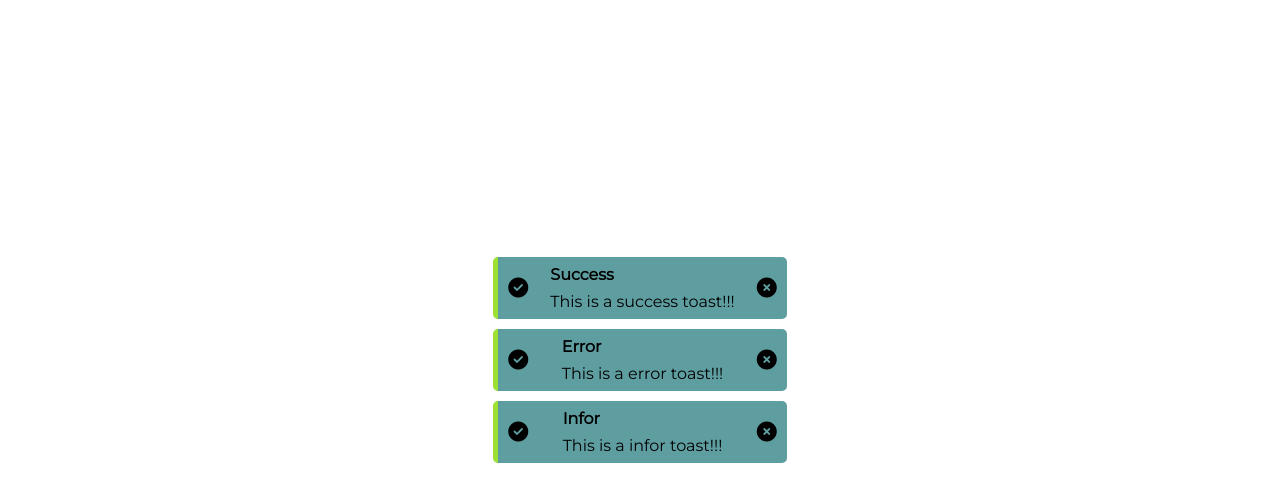
Repository: thuynguyen0964/Toast-Cooler
Page: index.html
These files come from the project's save history. The page is drawn as it stood at one moment and after the next save; the edit follows.
The browser window is 1280 px wide. The pictures show the whole page.

Above is the page before, as saved 2023-01-26 20:26:08.

After the next save:
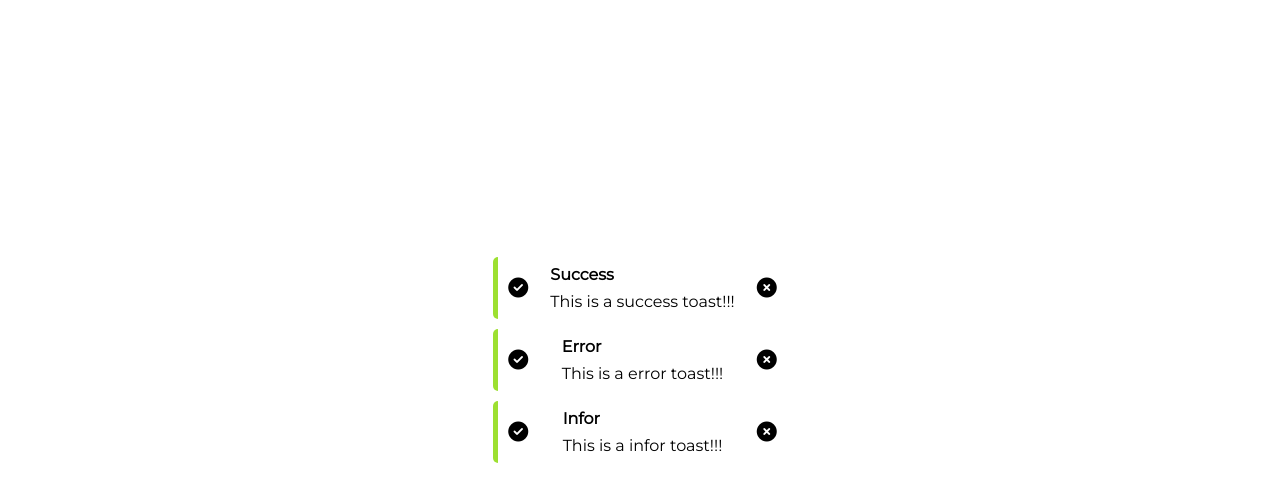
Saved 14 s later.
--- a/app/style.css
+++ b/app/style.css
@@ -19,7 +19,6 @@
     display: flex;
     align-items: center;
     justify-content: space-between;
-    background-color: cadetblue;
     margin: 10px 0;
 }
 .toast__text{

After the 2 saves that followed:
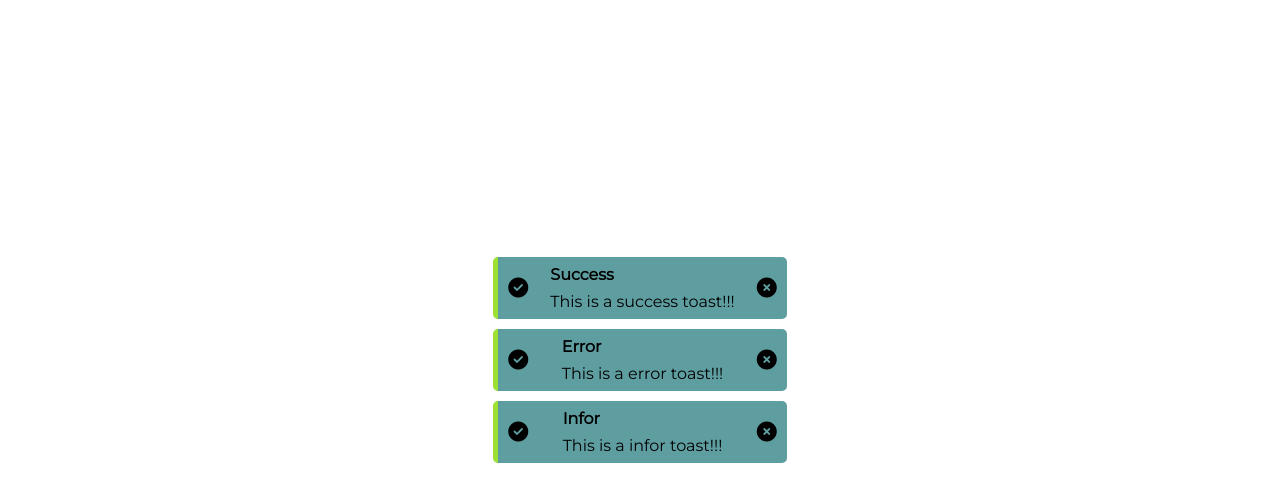
The 2 saves are shown as one change because 1 left the picture as it was.
The last was saved 21 s later.
--- a/app/style.css
+++ b/app/style.css
@@ -19,6 +19,7 @@
     display: flex;
     align-items: center;
     justify-content: space-between;
+    background-color: cadetblue;
     margin: 10px 0;
 }
 .toast__text{
